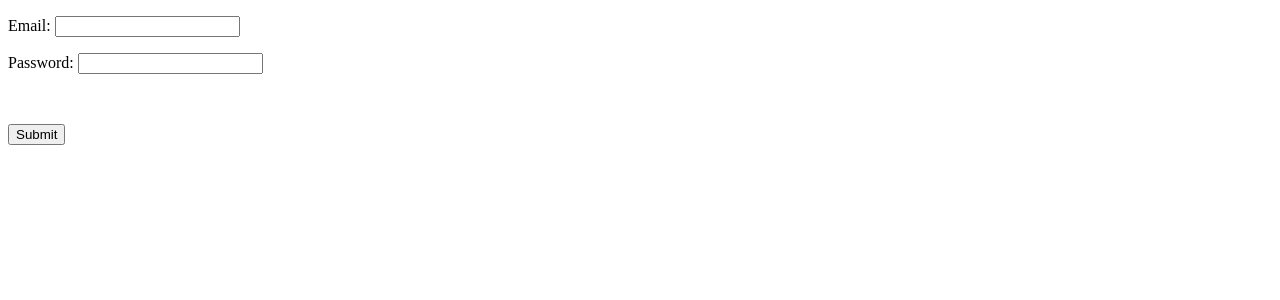
Repository: Dbeee-Acharya/advanceProgrammingTechnologiesSem2
Page: EcliplseWorkspace/W3UserLogin/src/main/webapp/htmlPages/login.html
The author's editor kept a copy of each file at every save. The page is drawn from the files as they stood at one save, then again after the next save.
The browser window is 1280 px wide. The pictures show the whole page.

Above is the page before, as saved 2024-03-10 07:31:50.

After the next save:
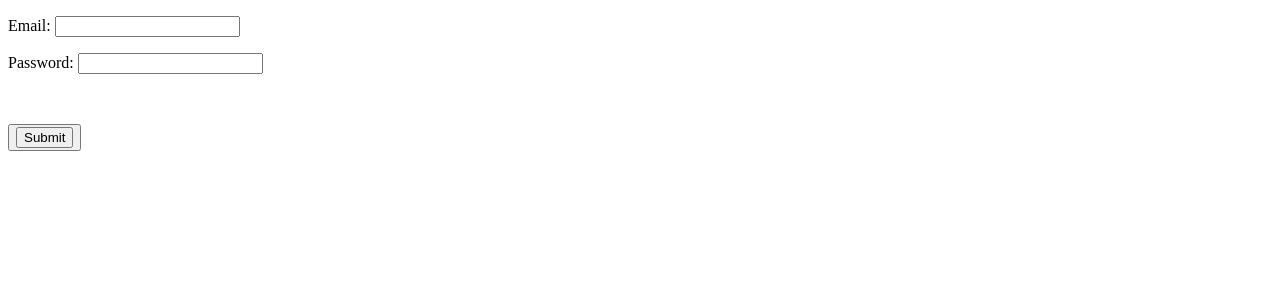
Saved 19 s later.
--- a/EcliplseWorkspace/W3UserLogin/src/main/webapp/htmlPages/login.html
+++ b/EcliplseWorkspace/W3UserLogin/src/main/webapp/htmlPages/login.html
@@ -10,7 +10,7 @@
 	<p>Email: <input type="email" name="email"></p>
 	<p>Password: <input type="password" name = "password"></p>
 	<br>
-	<p><input type="submit" name="login"></p>
+	<p><button><input type="submit" name="login"></button></p>
 	</form>
 
 </body>

After the save that followed:
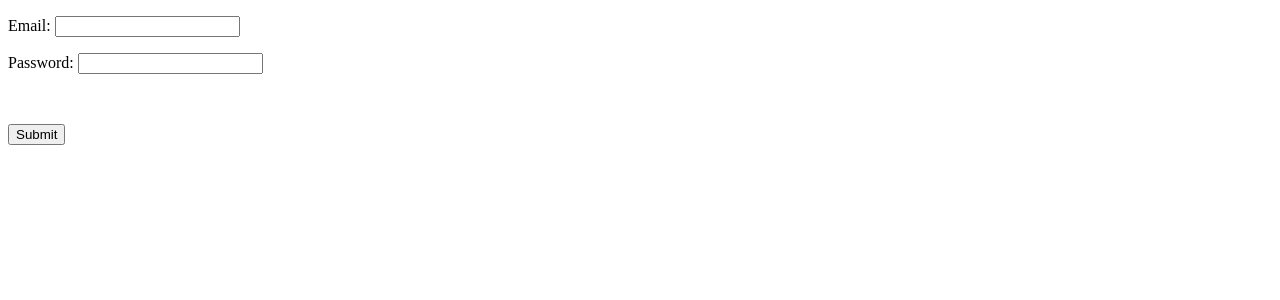
Saved 14 s later.
--- a/EcliplseWorkspace/W3UserLogin/src/main/webapp/htmlPages/login.html
+++ b/EcliplseWorkspace/W3UserLogin/src/main/webapp/htmlPages/login.html
@@ -10,7 +10,7 @@
 	<p>Email: <input type="email" name="email"></p>
 	<p>Password: <input type="password" name = "password"></p>
 	<br>
-	<p><button><input type="submit" name="login"></button></p>
+	<p><input type="submit" name="login"></p>
 	</form>
 
 </body>
